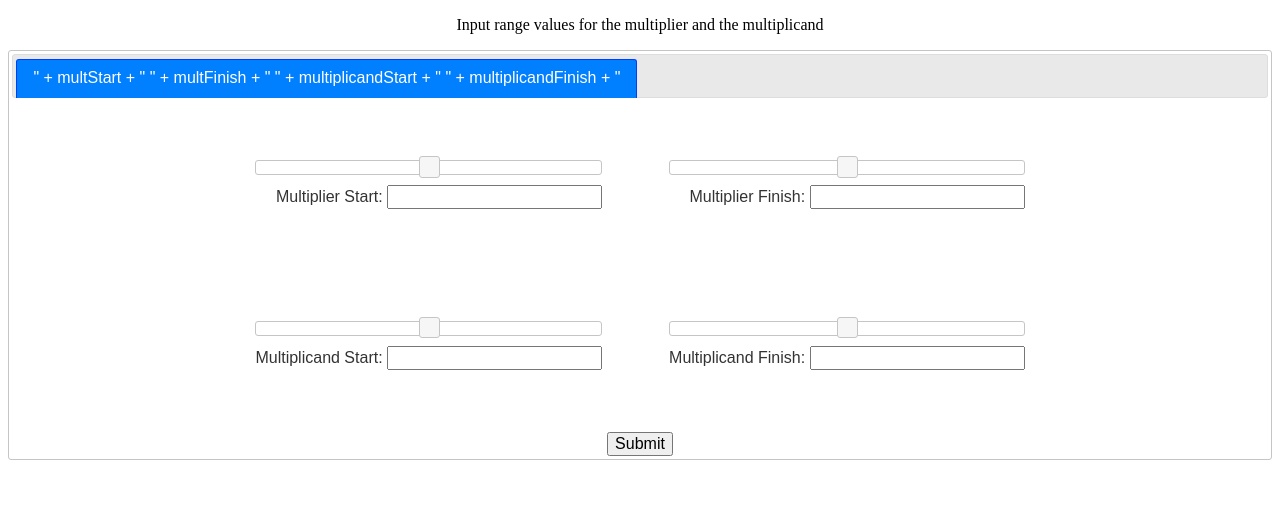
Repository: khrasna/HW4Part2
Page: index.html
The author's editor kept a copy of each file at every save. The page is drawn from the files as they stood at one save, then again after the next save.
The browser window is 1280 px wide. The pictures show the whole page.
Some web libraries are served in a nearby version.

Above is the page before, as saved 2021-11-15 16:25:59.

### index.html
<!-- HTML file for Assignment 3
By Karsten Hrasna  email Karsten_Hrasna@student.uml.edu-->
<!DOCTYPE html>
<html>

<head>
    <title>Multiplication Table</title>
    <link rel="stylesheet" href="style.css">
    <script type="text/javascript" src="https://ajax.googleapis.com/ajax/libs/jquery/3.5.1/jquery.min.js"></script>
    <script type="text/javascript" src="dist/jquery.validate.min.js"></script>
    <script type="text/javascript" src="formvalidate.js"></script>
    <script type="text/javascript"
        src="https://ajax.googleapis.com/ajax/libs/jqueryui/1.11.4/jquery-ui.min.js"></script>
    <link rel="stylesheet" href="https://ajax.googleapis.com/ajax/libs/jqueryui/1.11.4/themes/smoothness/jquery-ui.css">
</head>

<body>
    <p>Input range values for the multiplier and the multiplicand</p>
    <div id="tabs">
        <ul>
            <li><a href='#tab" + tabs + "'>" + multStart + " " + multFinish + " " + multiplicandStart + " " +
                    multiplicandFinish +
                    "</a></li>
        </ul>
        <div id="tab1">
            <!-- Learned from W3schools. Creates a form which takes number ranges for multiplier and multiplicand. -->


            <form id="FormInput" action="javascript:void(0);" method="get">
                <!--Learned about javascript:void(0) from Dutchie432 at https://stackoverflow.com/questions/1818249/form-with-no-action-and-where-enter-does-not-reload-page-->
                <table>
                    <tr>

                        <td class="pad">
                            <div id="slider-1"></div>
                            Multiplier Start: <input input="text" name="MultiplierStart">
                        </td>

                        <td>
                            <div id="slider-2"></div>
                            Multiplier Finish: <input type="text" name="MultiplierFinish">
                        </td>
                    </tr>
                    <tr>
                        <td class="pad">
                            <div id="slider-3"></div>
                            Multiplicand Start: <input type="text" name="MultiplicandStart">
                        </td>

                        <td>
                            <div id="slider-4"></div>
                            Multiplicand Finish: <input type="text" name="MultiplicandFinish">
                        </td>
                    </tr>
                </table>
                <input type="submit" value="Submit">
                <!--goes directly under form and processes the input to create a mult table-->
            </form>
        </div>
    </div>


</body>

</html>

### style.css
/*Created by Karsten Hrasna. email: Karsten_Hrasna@student.uml.edu*/
html,
body {
    height: 97%;
    text-align: center;
}

#slider-1,
#slider-2,
#slider-3,
#slider-4 {
    margin-bottom: 10px;
    margin-top: 10px;
}

div#tab1 {
    display: grid;
    grid-template-columns: 100%;
    /* top row of grid holds the form for input, the rest of page holds the multiplication table*/
    grid-template-rows: auto;
    height: 97%;

}

#multTable {
    margin: auto;
    border-collapse: separate;
    border-spacing: 0;
    /*the dynamically sized multiplication table */
    margin-top: 0px;
    border-bottom: 0px;

}

input[type=submit] {
    /* submit button under form spaced here */
    margin-top: 10px;
    margin-bottom: 0px;
}

#multTable td,
th {
    border: solid;
    border-color: black;
    min-width: 70px;
    font-size: 30px;
    height: 70px;
}


#multTable th {
    position: sticky;
    top: 0px;
    border-right: solid;
    border-right-color: white;
    border-bottom: solid;
    border-bottom-color: white;
    background-color: black;
    color: white;

}

#multTable th:first-child {
    position: sticky;
    top: 70px;
    left: 0;
}


.sticky {
    position: fixed;
    top: 0px;
    /* get the headers to stay fixed on mult table */
    width: 100%;
}

#multTable tr:first-child th:first-child {
    border: none;
    background-color: white;
}

#multTable p.inputError {
    margin: 0px;
}

form {
    grid-row: 1;
    margin-bottom: 0px;
}

table {
    margin-left: auto;
    margin-right: auto;
}

form td {
    text-align: right;
    justify-content: right;
    padding: 50px;

    /*line up the input form textboxes*/
}

form p {
    margin: 0px;
}

td.pad {
    padding-right: 15px;
}

### formvalidate.js
$(function () {
    $("#tabs").tabs();

    $("#slider-1").slider({
        min: -50,                       //initialize the four sliders to set the values of their respective input boxes
        max: 50,
        slide: function (event, ui) {
            $('input[name="MultiplierStart"]').val(ui.value);
        }
    });
    $("#slider-2").slider({
        min: -50,
        max: 50,
        slide: function (event, ui) {
            $('input[name="MultiplierFinish"]').val(ui.value);
        }
    });
    $("#slider-3").slider({
        min: -50,
        max: 50,
        slide: function (event, ui) {
            $('input[name="MultiplicandStart"]').val(ui.value);
        }
    });
    $("#slider-4").slider({
        min: -50,
        max: 50,
        slide: function (event, ui) {
            $('input[name="MultiplicandFinish"]').val(ui.value);
        }
    });

    $('input[name="MultiplierStart"]').on('keyup', function () { //if the input boxes values are changed, set the slider to that value
        $("#slider-1").slider("option", "value", $('input[name="MultiplierStart"]').val());
    });

    $('input[name="MultiplierFinish"]').on('keyup', function () {
        $("#slider-2").slider("option", "value", $('input[name="MultiplierFinish"]').val());
    });

    $('input[name="MultiplicandStart"]').on('keyup', function () {
        $("#slider-3").slider("option", "value", $('input[name="MultiplicandStart"]').val());
    });

    $('input[name="MultiplicandFinish"]').on('keyup', function () {
        $("#slider-4").slider("option", "value", $('input[name="MultiplicandFinish"]').val());
    });


    $.validator.addMethod("less", function (value, element, params) {
        if (params[0].value == "") {
            return true; // dont want it to say that the start has to be greater than finish if no finish given. instead it will say to give finish value in other error
        } else {
            return this.optional(element) || +value <= +params[0].value;

        } //checks to make sure that the starts are less than the finishes, learned from
    });                                                           // https://jqueryvalidation.org/jQuery.validator.addMethod/

    var valid = $('input[value="Submit"]').on("click", function () {
        $("#multTable").remove();

        $("#FormInput").validate({
            onkeyup: false,     //this makes it so the validator doesnt update the error messages whenever new input is typed. only validates when submit is hit.
            onfocusout: false,  //learned about onkeyup, and onfocusout at https://www.sitepoint.com/jquery-validation-validate-form-submit/
            rules: {
                MultiplierStart: {
                    digits: true,
                    less: $('input[name="MultiplierFinish"]'),
                    required: true,
                    range: [-50, 50]
                },
                MultiplierFinish: {
                    required: true,
                    digits: true,
                    range: [-50, 50]
                },

                MultiplicandStart: {
                    digits: true,
                    less: $('input[name="MultiplicandFinish"]'),
                    required: true,
                    range: [-50, 50]
                },

                MultiplicandFinish: {
                    digits: true,
                    required: true,
                    range: [-50, 50]
                }
            },

            messages: {
                MultiplierStart: {
                    digits: "Multiplier Start must be a digit",
                    required: "Multiplier Start must be a digit between -50 and 50",
                    range: "The range of Multiplier Start must stay within -50 and 50",
                    less: "The value of Multiplier Start must be less than or equal to Multiplier Finish."
                },

                MultiplierFinish: {
                    digits: "Multiplier Finish must be a digit",
                    required: "Multiplier Finish must be a digit between -50 and 50",
                    range: "The range of Multiplier Finish must stay within -50 and 50",
                },

                MultiplicandStart: {
                    digits: "Multiplicand Start must be a digit",
                    required: "Multiplicand Start must be a digit between -50 and 50",
                    range: "The range of Multiplicand Start must stay within -50 and 50",
                    less: "The value of Multiplicand Start must be less than or equal to Multiplicand Finish."
                },

                MultiplicandFinish: {
                    digits: "Multiplicand Finish must be a digit",
                    required: "Multiplicand Finish must be a digit between -50 and 50",
                    range: "The range of Multiplicand Finish must stay within -50 and 50",
                }
            },

            errorPlacement: function (error, element) {
                $(error).appendTo($(('#FormInput')));
            },
            errorElement: "p"

        });

        if ($("#FormInput").valid()) {
            process();
        }

    });

});

function process() {
    debugger;
    var multStart = $('input[name="MultiplierStart"]').val();
    var multFinish = $('input[name="MultiplierFinish"]').val();
    var multiplicandStart = $('input[name="MultiplicandStart"]').val();
    var multiplicandFinish = $('input[name="MultiplicandFinish"]').val();

    if (document.getElementById("multTable")) { //remove old table
            var old = document.getElementById("multTable");
            old.remove();
    };

     //clear old table and create a table with size based on input given
    const rowVals = [];
    const colVals = []; //these will hold the values of the multiplier and multiplicand
    var rows = multFinish - multStart;
    var cols = multiplicandFinish - multiplicandStart;
    var tabs = $("#tabs ul li").length + 1; //number of tabs, learned from https://stackoverflow.com/questions/14702631/in-jquery-ui-1-9-how-do-you-create-new-tabs-dynamically
    for (var i = 0; i <= cols; i++) {
        colVals[i] = (+multiplicandStart + +i); //save the values of the numbers being multiplied
    }
    for (var i = 0; i <= rows; i++) {
        rowVals[i] = (+multStart + +i);
    }
    var table = createTable(rows, cols, rowVals, colVals); //create table based on total rows and cols, and top and left are the sets of multipliers and multiplicands
    table.id = "multTable";
    //adds list item to tab list with parameters as title
    $("#tabs ul").append("<li><a href='#tab" + tabs + "'>" + multStart + " " + multFinish + " " + multiplicandStart + " " + multiplicandFinish + "</a></li>");
    $("#tabs").append("<div id='tab" + tabs + "'>" + multStart + " " + multFinish + " " + multiplicandStart + " " + multiplicandFinish + "</div>");
    $("#tab" + tabs).appendTo(table);
    $("#tabs").tabs("refresh");

}

function createTable(rows, cols, rowVals, colVals) {
    var t = document.createElement('table');
    for (var x = 0; x <= rows + 1; x++) { // rows and cols + 1 to indicate ranges of numbers
        var r = document.createElement('tr');
        t.appendChild(r);
        for (var y = 0; y <= cols + 1; y++) {   //creates the cols of the table row by row
            if (y == 0) {
                var c = document.createElement('th'); //create and insert element based on position in table
                c.id = "topHeader";
                if (x != 0) {
                    c.innerHTML = rowVals[x - 1]; // - 1 because it is moved over 1 to the right
                }
            } else if (x == 0) {
                var c = document.createElement('th');
                if (y != 0) {
                    c.innerHTML = colVals[y - 1];
                }
            } else {
                var c = document.createElement('td');
                c.innerHTML = rowVals[x - 1] * colVals[y - 1];
                if (((y % 2) + (x % 2)) == 0 || ((y % 2) + (x % 2)) == 2) { // checker board effect
                    c.style.backgroundColor = "gray";
                }
            }
            r.appendChild(c);
        }
    }
    return t;
}

Loaded but not shown: dist/jquery.validate.min.js (library)

After the next save:
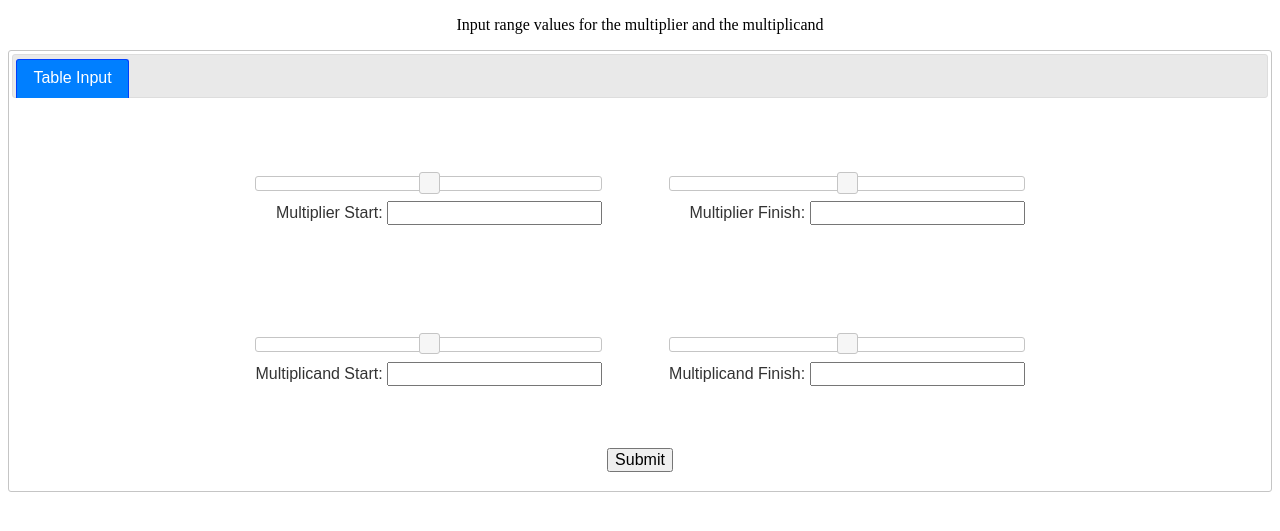
Saved 30 s later.
--- a/index.html
+++ b/index.html
@@ -18,9 +18,7 @@ By Karsten Hrasna  email Karsten_Hrasna@student.uml.edu-->
     <p>Input range values for the multiplier and the multiplicand</p>
     <div id="tabs">
         <ul>
-            <li><a href='#tab" + tabs + "'>" + multStart + " " + multFinish + " " + multiplicandStart + " " +
-                    multiplicandFinish +
-                    "</a></li>
+            <li><a href='#tab1'>Table Input</a></li>
         </ul>
         <div id="tab1">
             <!-- Learned from W3schools. Creates a form which takes number ranges for multiplier and multiplicand. -->
